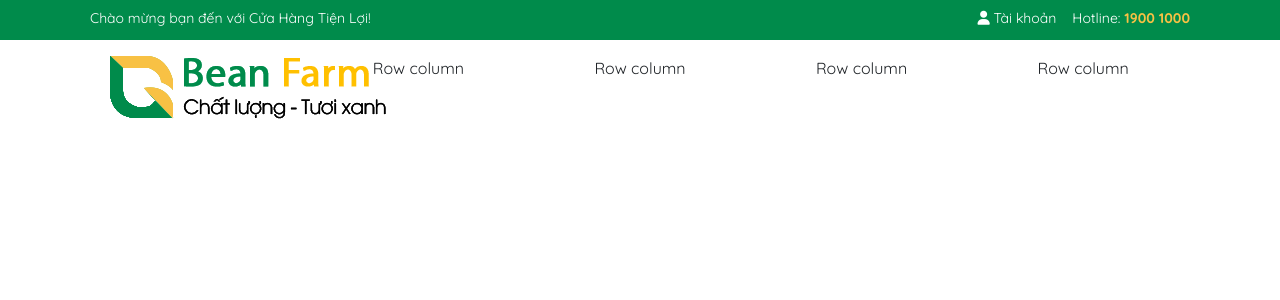
Repository: PAnhDuc/food.demo
Page: index.html
The author's editor kept a copy of each file at every save. The page is drawn from the files as they stood at one save, then again after a run of saves.
The browser window is 1280 px wide. The pictures show the whole page.
Some web libraries are served in a nearby version.

Above is the page before, as saved 2024-11-13 19:58:00.

### index.html
<!DOCTYPE html>
<html lang="en">

<head>
    <meta charset="UTF-8">
    <meta name="viewport" content="width=device-width, initial-scale=1.0">
    <title>Food Demo</title>
    <link rel="stylesheet" href="./assets/style.css">
    <link href="https://cdn.jsdelivr.net/npm/bootstrap@5.3.3/dist/css/bootstrap.min.css" rel="stylesheet"
        integrity="sha384-QWTKZyjpPEjISv5WaRU9OFeRpok6YctnYmDr5pNlyT2bRjXh0JMhjY6hW+ALEwIH" crossorigin="anonymous">
    <link rel="stylesheet" href="https://cdnjs.cloudflare.com/ajax/libs/font-awesome/6.6.0/css/all.min.css"
        integrity="sha512-Kc323vGBEqzTmouAECnVceyQqyqdsSiqLQISBL29aUW4U/M7pSPA/gEUZQqv1cwx4OnYxTxve5UMg5GT6L4JJg=="
        crossorigin="anonymous" referrerpolicy="no-referrer" />
</head>

<body>
    <div class="top-bar">
        <div class="container">
            <div class="d-flex mb-3">
                <div class="me-auto p-2">
                    <p class="top_bar-left">Chào mừng bạn đến với Cửa Hàng Tiện Lợi!</p>
                </div>
                <div class="p-2">
                    <p class="top_bar-right">
                        <i class="fa-solid fa-user"></i>
                        <a href="">Tài khoản</a>
                    </p>
                </div>
                <div class="p-2">
                    <p class="top_bar-right--hotline">Hotline: <a href="#">1900 1000</a></p>
                </div>
            </div>
        </div>
    </div>
    <div class="container">
        <div class="header">
            <div class="menu-top">
                <div class="container text-center">
                    <div class="row row-cols-2 row-cols-lg-5 g-2 g-lg-3">
                      <div class="col">
                        <div class="p-3">
                            <img src="./img/logo.webp" width="276" height="63" alt="">
                        </div>
                      </div>
                      <div class="col">
                        <div class="p-3">Row column</div>
                      </div>
                      <div class="col">
                        <div class="p-3">Row column</div>
                      </div>
                      <div class="col">
                        <div class="p-3">Row column</div>
                      </div>
                      <div class="col">
                        <div class="p-3">Row column</div>
                      </div>
                    </div>
                  </div>
            </div>
            <div class="menu-bottom">

            </div>
        </div>
    </div>
    <script src="./assets/main.js"></script>
    <script src="https://cdn.jsdelivr.net/npm/bootstrap@5.3.3/dist/js/bootstrap.bundle.min.js"
        integrity="sha384-YvpcrYf0tY3lHB60NNkmXc5s9fDVZLESaAA55NDzOxhy9GkcIdslK1eN7N6jIeHz"
        crossorigin="anonymous"></script>
</body>

</html>

### assets/style.css
@import url('https://fonts.googleapis.com/css2?family=Quicksand:wght@300..700&display=swap');

* {
    margin: 0;
    padding: 0;
    box-sizing: border-box;
}

body {
    font-family: "Quicksand", sans-serif!important;
}

:root {
    --green: #008b4b;
    --yellow: #f8c144;
    --white: #fff;
}

.top-bar {
    color: var(--white);
    background: var(--green);
    font-size: 14px;
    height: 40px;
}
.top-bar a {
    text-decoration: none;
}

.top-bar .top_bar-right a {
    color: var(--white);
}
.top-bar .top_bar-right a:hover{
    color: var(--yellow);
}

.top-bar .top_bar-right--hotline a {
    color: var(--yellow);
    font-weight: bold;
}

.top-bar .top_bar-right--hotline a:hover {
    color: var(--white);
    font-weight: bold;
}

Loaded but not shown: assets/main.js (no copy from this time; the picture is the same without it)

After the next 2 saves:
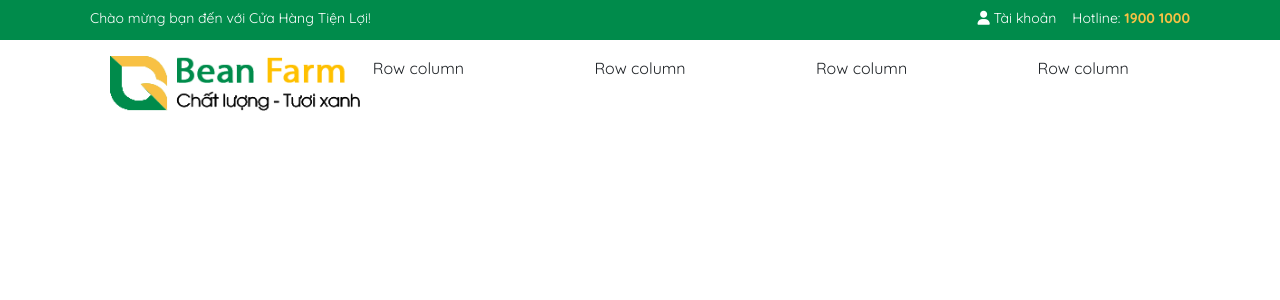
The 2 saves are shown as one change because they came seconds apart.
The last was saved 2 min 16 s later.
--- a/index.html
+++ b/index.html
@@ -39,7 +39,7 @@
                     <div class="row row-cols-2 row-cols-lg-5 g-2 g-lg-3">
                       <div class="col">
                         <div class="p-3">
-                            <img src="./img/logo.webp" width="276" height="63" alt="">
+                            <img src="./img/logo.webp" width="250" height="55" alt="">
                         </div>
                       </div>
                       <div class="col">
